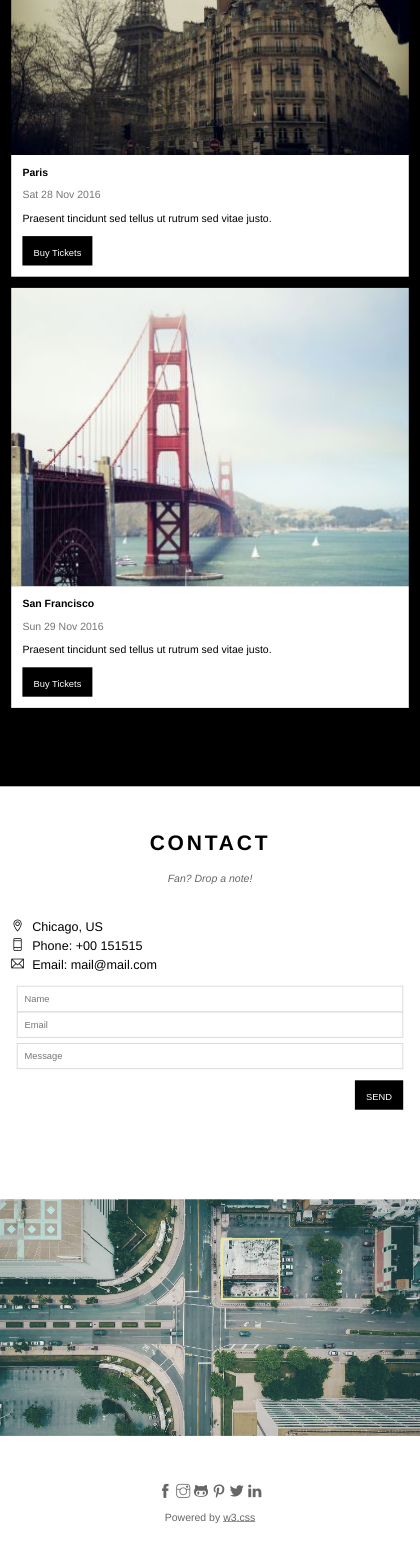
Repository: phongngotrong/w3school_reup
Page: index.html
An editor plug-in stored every save of this project. The page is shown before and after the next save, followed by the edit.
The browser window is 600 px wide. The pictures show the part of the page from y = 3215 to 5455 px (the page is 5455 px tall before and 5439 px after), at 70% of full size.

Above is the page before, as saved 2022-02-15 22:14:20.

### index.html
<!DOCTYPE html>
<html lang="en">
  <head>
    <meta charset="UTF-8" />
    <meta http-equiv="X-UA-Compatible" content="IE=edge" />
    <meta name="viewport" content="width=device-width, initial-scale=1.0" />
    <title>W3.CSS Template</title>
    <link rel="icon" href="https://play-lh.googleusercontent.com/i-ij7KM2pFUUpFE31QAUDXg5mzGFNbm16S4tjmg2ZyuhCGLgNJ8oXJRbq7ysh6LoZg" type="image/x-icon" />
    <link rel="stylesheet" href="./assets/css/style.css" />
    <link rel="stylesheet" href="./assets/css/responsive.css" />
    <link rel="stylesheet" href="./assets/fonts/themify-icons/themify-icons.css">
  </head>
  <body>
    <div id="main">
      <div id="header">
        <!--Begin: Nav-->
        <ul id="nav">
          <li><a href="#">Home</a></li>
          <li><a href="#band">Band</a></li>
          <li><a href="#tour">Tour</a></li>
          <li><a href="#contact">Contact</a></li>
          <li>
            <a href="#">
              More
              <i class="nav-arrow-down ti-angle-down"></i>
            </a>
            <ul class="subnav">
              <ul>
                <li><a href="#">Merchandise</a></li>
                <li><a href="#">Extras</a></li>
                <li><a href="#">Media</a></li>
              </ul>
            </ul>
          </li>
        </ul>
        <!--End: Nav-->

        <!--Begin: Search-->
        <div class="search-btn">
          <i class="search-icon ti-search"></i>
        </div>

        <div id="mobile-menu" class="mobile-menu-btn">
          <i class="menu-icon ti-menu"></i>
        </div>
        <!--End: Search-->
      </div>

      <div id="slider">
        <div class="text-content">
          <h2 class="text-heading">Chicago</h2>
          <div class="text-description">
            Thank you, Chicago - A night we won't forget.
          </div>
        </div>
      </div>

      <div id="content">
        <!--content section-->
        <div id="band" class="content-section">
          <h2 class="section-heading">THE BAND</h2>
          <p class="section-sub-heading">We love music</p>
          <p class="about-text">
            We have created a fictional band website. Lorem ipsum dolor sit
            amet, consectetur adipiscing elit, sed do eiusmod tempor incididunt
            ut labore et dolore magna aliqua. Ut enim ad minim veniam, quis
            nostrud exercitation ullamco laboris nisi ut aliquip ex ea commodo
            consequat. Duis aute irure dolor in reprehenderit in voluptate velit
            esse cillum dolore eu fugiat nulla pariatur. Excepteur sint occaecat
            cupidatat non proident, sunt in culpa qui officia deserunt mollit
            anim id est laborum consectetur adipiscing elit, sed do eiusmod
            tempor incididunt ut labore et dolore magna aliqua. Ut enim ad minim
            veniam, quis nostrud exercitation ullamco laboris nisi ut aliquip ex
            ea commodo consequat.
          </p>
          <div class="row list-member">
            <!--member1-->
            <div class="col col-third s-col-full mt-32 text-center">
              <p class="member-name">Name</p>
              <img
                src="./assets/img/member.jpg"
                alt="Name"
                class="avt-member"
              />
            </div>

            <!--member2-->
            <div class="col col-third s-col-full mt-32 text-center">
              <div class="member-name">Name</div>
              <img
                src="./assets/img/member.jpg"
                alt="Name"
                class="avt-member"
              />
            </div>
            <!--member3-->

            <div class="col col-third s-col-full mt-32 text-center">
              <div class="member-name">Name</div>
              <img
                src="./assets/img/member.jpg"
                alt="Name"
                class="avt-member"
              />
            </div>
            <!-- <div class="clear"></div> -->
          </div>
        </div>
        <!--tour section-->
        <div id="tour" class="tour-section">
          <div class="content-section">
            <h2 class="section-heading text-white">TOUR DATES</h2>
            <p class="section-sub-heading text-white">
              Remember to book your tickets!
            </p>
            <!-- tickets -->
            <ul class="tickets-list">
              <li>September <span class="sold-out">Sold out</span></li>
              <li>October <span class="sold-out">Sold out</span></li>
              <li>November <span class="quantity">3</span></li>
            </ul>
            <div class="row places-list">
              <!-- place1 -->
              <div class="col col-third s-col-full mt-16">
                <img
                  src="./assets/img/newyork.jpg"
                  alt="New York"
                  class="place-img"
                />
                <div class="places-body">
                  <h3 class="places-heading">New York</h3>
                  <p class="places-time">Fri 27 Nov 2016</p>
                  <p class="place-description">
                    Praesent tincidunt sed tellus ut rutrum sed vitae justo.
                  </p>
                  <button class="btn js-buy-ticket">Buy Tickets</button>
                </div>
              </div>
              <!-- place2 -->

              <div class="col col-third s-col-full mt-16">
                <img
                  src="./assets/img/paris.jpg"
                  alt="New York"
                  class="place-img"
                />
                <div class="places-body">
                  <h3 class="places-heading">Paris</h3>
                  <p class="places-time">Sat 28 Nov 2016</p>
                  <p class="place-description">
                    Praesent tincidunt sed tellus ut rutrum sed vitae justo.
                  </p>
                  <button class="btn js-buy-ticket">Buy Tickets</button>
                </div>
              </div>
              <!-- place3 -->

              <div class="col col-third s-col-full mt-16">
                <img
                  src="./assets/img/sanfran.jpg"
                  alt="New York"
                  class="place-img"
                />
                <div class="places-body">
                  <h3 class="places-heading">San Francisco</h3>
                  <p class="places-time">Sun 29 Nov 2016</p>
                  <p class="place-description">
                    Praesent tincidunt sed tellus ut rutrum sed vitae justo.
                  </p>
                  <button class="btn js-buy-ticket">Buy Tickets</button>
                </div>
              </div>
              <!-- <div class="clear"></div> -->
            </div>
          </div>
        </div>

        <!-- Begin: contact section-->
        <div id="contact" class="content-section">
          <h2 class="section-heading">CONTACT</h2>
          <p class="section-sub-heading">Fan? Drop a note!</p>

          <div class="row contact-content">
            <div class="col col-half s-col-full contact-info">
              <p><i class="ti-location-pin"></i>Chicago, US</p>
              <p><i class="ti-mobile"></i>Phone: +00 151515</p>
              <p><i class="ti-email"></i>Email: mail@mail.com</p>
            </div>
            <div class="col col-half s-col-full contact-form">
              <form action="">
                <div class="row">
                  <div class="col col-half s-col-full">
                      <input type="text" name="" required placeholder="Name" id="" class="form-control">
                  </div>
                  <div class="col col-half s-col-full">
                    <input type="email" name="" required placeholder="Email" id="" class="form-control">
                </div>
                </div>
                <div class="row mt-8">
                  <div class="col col-full">
                    <input type="text" name="" required placeholder="Message" id="" class="form-control">
                </div>
                </div>
                <input class="btn pull-right mt-16" type="submit" value="SEND">
              </form>
            </div>
          </div>
        </div>
        <!-- End: contact section-->
        <div class="map-section">
          <img src="./assets/img/map.jpg" alt="Map">
        </div>
      </div>

      <div id="footer">
        <div class="social-list">
          <a href=""><i class="ti-facebook"></i></a>
          <a href=""><i class="ti-instagram"></i></a>
          <a href=""><i class="ti-github"></i></a>
          <a href=""><i class="ti-pinterest"></i></a>
          <a href=""><i class="ti-twitter-alt"></i></a>
          <a href=""><i class="ti-linkedin"></i></a>
        </div>
        <div class="Copyright">Powered by <a href="">w3.css</a></div>
      </div>
    </div>

    <div class="modal js-modal">
      <div class="modal-container js-modal-container">
        <div class="modal-close js-modal-close">
          <i class="ti-close"></i>
        </div>
        <header class="modal-header">
          <i class="icon-ti-bag-header ti-bag"></i>
          Tickets
        </header>

        <div class="modal-body">
          <label for="tickets-quantity" class="modal-label">
            <i class="ti-shopping-cart"></i>
            Tickets, $15 per person
          </label>
          <input
            id="tickets-quantity"
            type="text"
            class="modal-input"
            placeholder="How many?"
          />

          <label for="tickets-email" class="modal-label">
            <i class="ti-user"></i>
            Send To
          </label>
          <input
            id="tickets-email"
            type="email"
            class="modal-input"
            placeholder="Enter email "
          />

          <button id="buy-tickets">
            PAY<i class="icon-ti-check-footer ti-check"></i>
          </button>
        </div>

        <footer class="modal-footer">
          <p class="modal-help">Need <a href="">help?</a></p>
        </footer>
      </div>
    </div>

    <script>
      const buyBtns = document.querySelectorAll('.js-buy-ticket')
      const modal = document.querySelector('.js-modal')
      const modalContainer = document.querySelector('.js-modal-container')
      const modalClose = document.querySelector('.js-modal-close')

      // hàm hiển thị modal mua vé(thêm class open vào modal)
      function showBuyTickets() {
        modal.classList.add('open')
      }

      // hàm ẩn modal mua vé(gỡ bỏ class open của modal)
      function hideBuyTickets() {
        modal.classList.remove('open')
      }

      // lặp qua từng thẻ button và nghe hành vi click
      for(const buyBtn of buyBtns) {
        buyBtn.addEventListener('click', showBuyTickets)
      }

      // nghe hành vi click vào button close
      modalClose.addEventListener('click', hideBuyTickets)

      modal.addEventListener('click', hideBuyTickets)

      modalContainer.addEventListener('click', function(event){
        event.stopPropagation()
      })

    </script>

    <script>
      var header = document.getElementById('header');
      var mobileMenu = document.getElementById('mobile-menu');
      var headerHeight = header.clientHeight;

      // Đóng/mở mobile menu
      mobileMenu.onclick = function() {
        var isClosed = header.clientHeight === headerHeight;
        if(isClosed) {
          header.style.height = 'auto';
        } else {
          header.style.height = null;
        }
      }

      // Tự động đóng khi chọn menu
      var menuItems = document.querySelectorAll('#nav li a[href*="#"]');
      for(var i=0; i<menuItems.length; i++) {
        var menuItem = menuItems[i];

        console.log(menuItem);

        menuItem.onclick = function(event) {
          var isParentMenu = this.nextElementSibling && this.nextElementSibling.classList.contains('subnav');
          if(isParentMenu) {
            event.preventDefault();
          }else {
            header.style.height = null;
          }
        }
      }

    </script>
  </body>
</html>

### assets/css/style.css
/* Reset CSS */

* {
  padding: 0;
  margin: 0;
  box-sizing: border-box;
}

html {
  font-family: Helvetica, Arial, sans-serif;
  scroll-behavior: smooth;
}
/*
  -Từ trên xuống dưới
  -Từ ngoài vào trong
  -Tổng quan đến chi tiết
  */

/*
  1. Vi tri
  2. Kich thuoc
  3. Mau sac
  4. Kieu dang (kieu chu, hinh tron, vuong...)
  */

/* Common */
.text-center {
  text-align: center !important;
}

.row {
  margin-left: -8px;
  margin-right: -8px;
}

/* Tạo element giả */
.row::after {
  content: "";
  display: block;
  clear: both;
}
/*.................*/

.col {
  float: left;
  padding-left: 8px;
  padding-right: 8px;
}

.col-full {
  width: 100%;
}

.col-half {
  width: 50%;
}

.col-third {
  width: 33.33333%;
}

.pull-right {
  float: right;
}

.btn {
  background-color: #000;
  color: #fff;
  text-decoration: none;
  display: inline-block;
  padding: 11px 16px;
  margin-top: 15px;
  padding-top: 16px;
  cursor: pointer;
  border: none;
}

.btn:hover {
  background-color: #ccc;
  color: #000;
}

.mt-8 {
  margin-top: 8px !important;
}

.mt-16 {
  margin-top: 16px !important;
}

.mt-32 {
  margin-top: 32px !important;
}

.clear {
  clear: both;
}

/* .row::after {
    clear: both;
    display: block;
    content: "";
  } */

.text-white {
  color: #fff !important;
}

/* Main */
#main {
}

#header {
  position: fixed;
  top: 0;
  left: 0;
  right: 0;
  height: 46px;
  background-color: #000;
  z-index: 1;
}

#nav {
  display: inline-block;
}

li {
  list-style-type: none;
}

#nav > li {
  display: inline-block;
}

#nav li {
  position: relative;
}

#nav > li > a {
  color: #fff;
  text-transform: uppercase;
}

#nav li a {
  text-decoration: none;
  line-height: 46px;
  padding: 0 24px;
  display: block;
}

#nav li:hover .subnav {
  display: block;
}

#nav > li:hover > a,
#nav .subnav li:hover a {
  color: #000;
  background-color: #ccc;
}

#nav .subnav {
  display: none;
  min-width: 160px;
  position: absolute;
  background-color: #fff;
  box-shadow: 0 0 10px rgba(0, 0, 0, 0.3);
}

#nav .subnav a {
  color: #000;
  padding: 0 12px;
  line-height: 38px;
}

#nav .nav-arrow-down {
  font-size: 12px;
}

#header .mobile-menu-btn {
  position: absolute;
  top: 0;
  right: 0;
  display: none;
}

#header .mobile-menu-btn,
#header .search-btn {
  float: right;
  padding: 0 20px;
}

#header .mobile-menu-btn .menu-icon {
  font-size: 16px;
}

#header .mobile-menu-btn:hover {
  background-color: #ccc;
}

#header .mobile-menu-btn:hover .menu-icon {
  color: #000;
}

#header .search-btn:hover {
  cursor: pointer;
  background-color: #f44336;
}

#header .menu-icon,
#header .search-icon {
  color: #fff;
  font-size: 20px;
  line-height: 46px;
}

#slider {
  position: relative;
  margin-top: 46px;
  padding-top: 50%;
  background: url("../img/slider.jpg") top center / cover no-repeat;
}

#slider .text-content {
  position: absolute;
  bottom: 47px;
  color: #fff;
  width: 100%;
  text-align: center;
}

#slider .text-heading {
  font-weight: 500;
  font-size: 24px;
}

#slider .text-description {
  font-size: 15px;
  margin-top: 25px;
}

#content {
}

#content .content-section {
  width: 800px;
  max-width: 100%;
  padding: 64px 0 112px;
  margin-right: auto;
  margin-left: auto;
  padding-left: 16px;
  padding-right: 16px;
}

#content .section-heading {
  text-align: center;
  font-size: 30px;
  letter-spacing: 4px;
}

#content .section-sub-heading {
  font-size: 15px;
  text-align: center;
  margin-top: 25px;
  font-style: italic;
  opacity: 0.6;
}

#content .about-text {
  font-size: 15px;
  margin-top: 15px;
  text-align: justify;
  line-height: 1.4;
}

#content .member-name {
  font-size: 16px;
}

#content .list-member {
  margin-top: 32px;
  /* margin-bottom: 48px;
    overflow: hidden;  */
}

/* #content .item-member {
    float: left;
    width: 33.33333%;
    text-align: center;
  } */

#content .avt-member {
  margin-top: 15px;
  width: 154px;
  border-radius: 4px;
}

/* tour section */
.tour-section {
  background-color: #000;
}
.tickets-list {
  background-color: #fff;
  margin-top: 40px;
  list-style: none;
}

.tickets-list li {
  color: #757575;
  font-size: 15px;
  padding: 11px 16px;
  border-bottom: 1px solid #ddd;
}

.tickets-list .sold-out {
  background-color: #f44336;
  color: #fff;
  padding: 3px 4px;
  margin-left: 16px;
}

.tickets-list .quantity {
  float: right;
  width: 24px;
  height: 24px;
  background-color: #000;
  color: #fff;
  border-radius: 50%;
  line-height: 24px;
  text-align: center;
  margin-top: -3px;
}

/* Places */
.places-list {
  margin-top: 16px;
}

/* .places-item {
    float: left;
    width: 33.33333%;
    padding: 0 8px;
  } */

.place-img {
  width: 100%;
  display: block;
}

.place-img:hover {
  opacity: 0.6;
}

.places-body {
  padding: 16px;
  font-size: 15px;
  background-color: #fff;
}

.places-heading {
  font-size: 15px;
}

.places-time {
  padding-top: 15px;
  color: #757575;
}

.place-description {
  padding-top: 15px;
  line-height: 1.4;
}

.modal {
  position: fixed;
  top: 0;
  bottom: 0;
  right: 0;
  left: 0;
  background-color: rgba(0, 0, 0, 0.4);
  display: none;
  align-items: center;
  justify-content: center;
}

.modal.open {
  display: flex;
}

.modal-container {
  background-color: #fff;
  width: 900px;
  min-height: 200px;
  position: relative;
  max-width: calc(100% -32px);
  animation: modalFadeIn ease 0.4s;
}

.modal-header {
  background-color: #009688;
  color: #fff;
  height: 130px;
  font-size: 30px;
  display: flex;
  align-items: center;
  justify-content: center;
  letter-spacing: 4px;
}

.modal-close:hover {
  background-color: #ccc;
  color: #000;
}

.modal-close {
  position: absolute;
  right: 0;
  top: 0;
  padding: 16px;
  font-size: 12px;
  color: #fff;
  cursor: pointer;
}

.icon-ti-bag-header {
  margin-right: 16px;
}

.modal-body {
  padding: 16px;
}

.modal-label {
  display: block;
  font-size: 15px;
  margin-bottom: 12px;
}

.modal-input {
  border: 1px solid #ccc;
  width: 100%;
  padding: 10px;
  font-size: 15px;
  margin-bottom: 24px;
}

#buy-tickets:hover {
  background-color: #ccc;
  color: #000;
}

#buy-tickets {
  background-color: #009688;
  width: 100%;
  padding: 18px;
  color: #fff;
  border: none;
  text-transform: uppercase;
  font-size: 15px;
  cursor: pointer;
}

.modal-footer {
  padding: 16px;
  text-align: right;
}

.modal-footer a {
  color: #2196f3;
}

/* Contact */
.contact-content {
  margin-top: 48px;
}

.contact-info {
  font-size: 18px;
  line-height: 1.5;
}

.contact-info i[class*="ti-"] {
  width: 30px;
  display: inline-block;
}

.contact-form {
  font-size: 15px;
}

.contact-form .form-control {
  padding: 10px;
  border: 1px solid #ccc;
  width: 100%;
}

/* .contact-form .form-submit-btn {
  background: #000;
  color: #fff;
  border: 1px solid #000;
  padding: 10px 16px;
  float: right;
} */

/* .form-submit-btn:hover {
  background: #ccc;
  color: #000;
  border: none;
  cursor: pointer;
} */

/* Map section */
.map-section img {
  width: 100%;
  filter: grayscale(50%);
}

/* footer section */

#footer {
  padding: 64px 16px;
  text-align: center;
}

#footer .social-list {
  font-size: 20px;
}

#footer .Copyright {
  font-size: 15px;
  margin-top: 15px;
  color: rgba(0, 0, 0, 0.6);
}

#footer .Copyright a {
  color: rgba(0, 0, 0, 0.6);
}

#footer .social-list a {
  color: rgba(0, 0, 0, 0.6);
  text-decoration: none;
}

#footer .social-list a:hover {
  color: rgba(0, 0, 0, 0.4);
}

/* Tạo hoạt ảnh  */
@keyframes modalFadeIn {
  from {
    opacity: 0;
    transform: translateY(-140px);
  }
  to {
    opacity: 1;
    transform: translateY(0);
  }
}

### assets/css/responsive.css
/* Tablet: width >= 740px and < 1024px */
@media only screen and (min-width: 46.25em) and (max-width: 63.9375em) {
}

/* PC: width >= 1024px */
@media only screen and (min-width: 64em) {
}

/* Mobile: width < 740px */
@media only screen and (max-width: 46.1875em) {
  #nav {
    display: block;
  }

  #nav > li {
    display: block;
  }

  #nav > li:first-child {
    display: inline-block;
  }

  #nav li a {
    padding: 1px 24px;
  }

  #nav .subnav {
    position: initial;
    background-color: #333;
  }

  #nav .subnav a {
    color: #fff;
    padding: 5px 41px;
  }

  #header {
    overflow: hidden;
  }

  #header .search-btn {
    display: none;
  }

  #header .mobile-menu-btn {
    display: block;
  }

  #content .avt-member {
    width: 60%;
  }

  .s-col-full {
    width: 100%;
  }

  .contact-form {
    padding: 16px;
  }
}

Loaded but not shown: assets/fonts/themify-icons/themify-icons.css (common file)

After the next save:
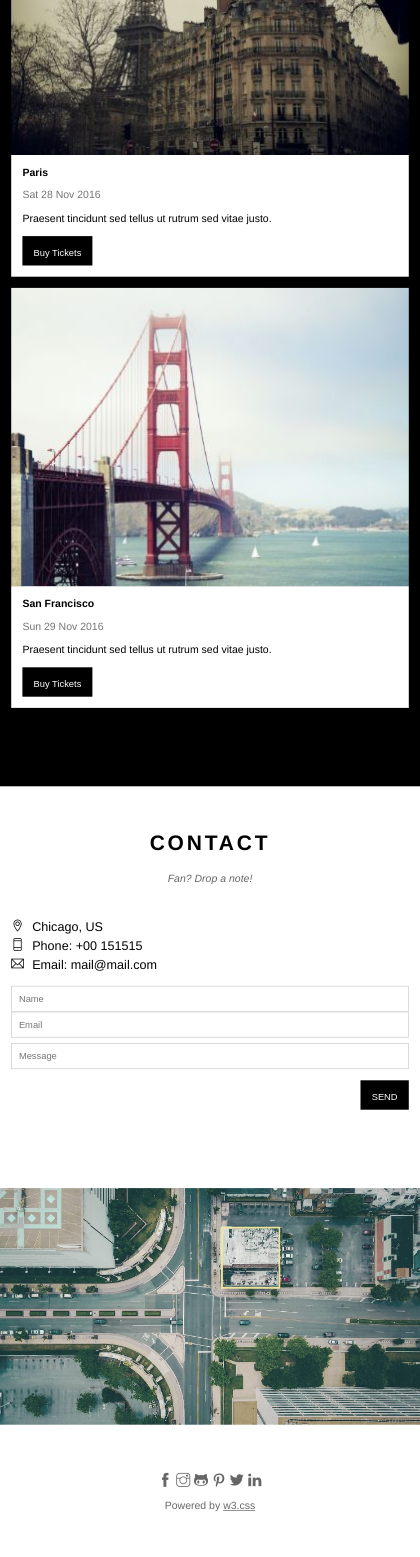
Saved 77 s later.
--- a/assets/css/responsive.css
+++ b/assets/css/responsive.css
@@ -55,6 +55,6 @@
   }
 
   .contact-form {
-    padding: 16px;
+    margin-top: 16px;
   }
 }
